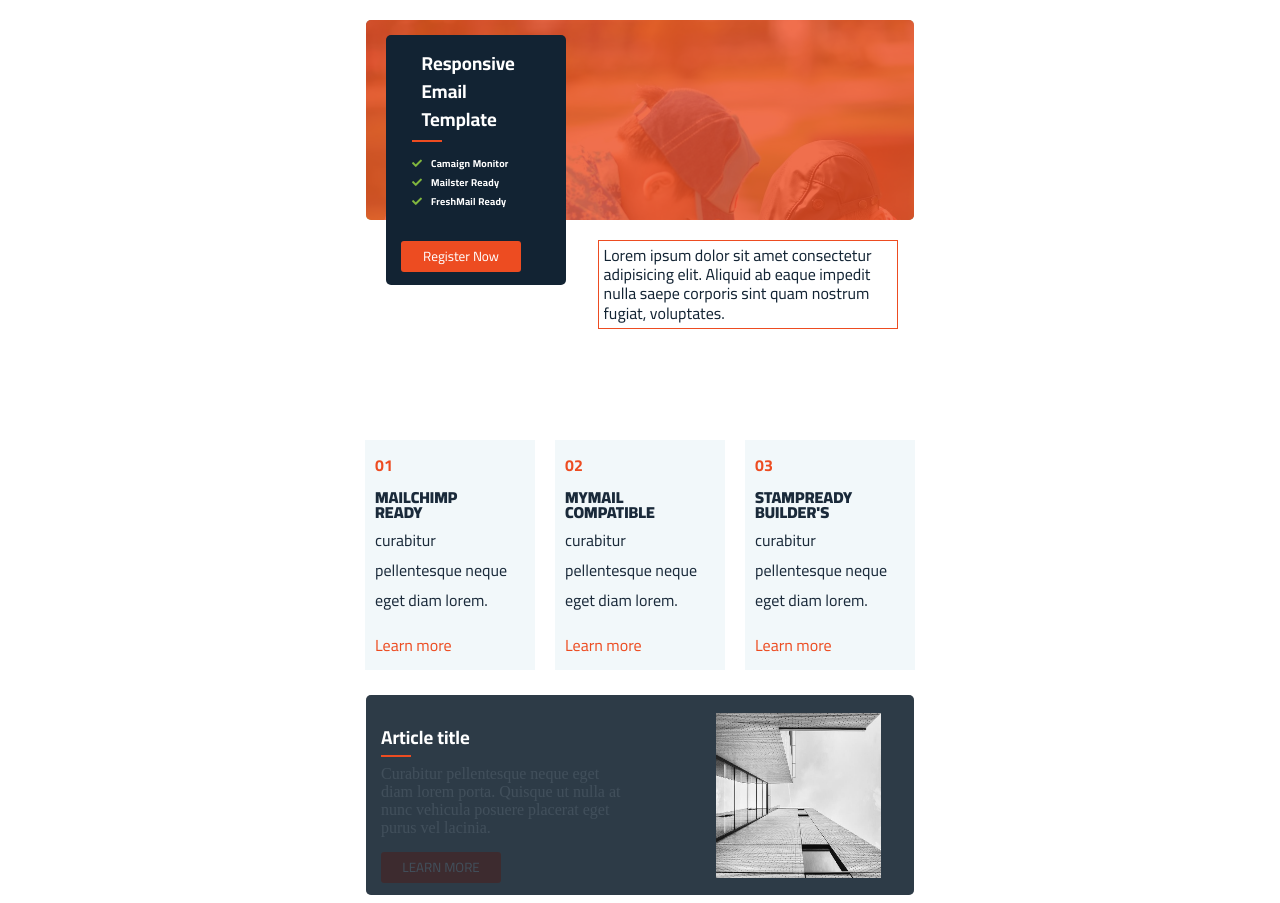
Repository: Z-ayat/Challenges
Page: Challenge 3/index.html
The author's editor kept a copy of each file at every save. The page is drawn from the files as they stood at one save, then again after the next save.
The browser window is 1280 px wide. The pictures show the whole page.
Pictures or frames that could not be fetched are drawn as grey boxes.

Above is the page before, as saved 2021-09-04 03:07:44.

### Challenge 3/index.html
<!DOCTYPE html>
<html lang="en">

<head>
    <meta charset="UTF-8">
    <title>Responsive Mail</title>
    <link rel="stylesheet" href="styling/css/master.css">
    <link rel="stylesheet" href="styling/css/all.min.css">
    <link rel="preconnect" href="https://fonts.googleapis.com">
    <link rel="preconnect" href="https://fonts.gstatic.com" crossorigin>
    <link href="https://fonts.googleapis.com/css2?family=Cairo:wght@400;600;700;900&display=swap" rel="stylesheet">
</head>

<body>
    <div class="layout">
        <div class="header">
            <div class="pop">
                <h3>Responsive Email Template</h3>
                <div class="checked">
                    <p class="green-right">Camaign Monitor</p>
                    <p class="green-right">Mailster Ready</p>
                    <p class="green-right">FreshMail Ready</p>
                </div>
                <button class="reg">Register Now</button>
            </div>
        </div>
        <div class="nthere">
            <div class="bord">
                <p>Lorem ipsum dolor sit amet consectetur adipisicing elit. Aliquid ab eaque impedit nulla saepe corporis sint quam nostrum fugiat, voluptates.</p>
            </div>
        </div>
        <div class="cards">
            <div class="one">
                <h4>01</h4>
                <p class="heading-of-card">mailchimp ready</p>
                <p class="card-shits">curabitur pellentesque neque eget diam lorem.</p>
                <p class="learnmore">Learn more </p>

            </div>
            <div class="two">
                <h4>02</h4>
                <p class="heading-of-card">mymail compatible</p>
                <p class="card-shits">curabitur pellentesque neque eget diam lorem.</p>
                <p class="learnmore">Learn more </p>
            </div>
            <div class="three">
                <h4>03</h4>
                <p class="heading-of-card">stampready builder's</p>
                <p class="card-shits">curabitur pellentesque neque eget diam lorem.</p>
                <p class="learnmore">Learn more </p>
            </div>
        </div>
        <div class="foot">
            <h3>Article title</h3>
            <p class="eot">Curabitur pellentesque neque eget diam lorem porta. Quisque ut nulla at nunc vehicula posuere placerat eget purus vel lacinia.</p>
            <button class="LMB">LEARN MORE</button><img src="styling/img/architecture-modern-minimal-home.jpg" width="165px" height="165px" alt="">
        </div>
    </div>
    </div>
</body>

</html>

### Challenge 3/styling/css/master.css
* {
    padding: 0;
    margin: 0;
    box-sizing: border-box;
}

:root {
    --maincolor: #122333;
    --secondrycolor: #ED4C21;
    --fontcolor: white;
    /* --anothercolor:; */
    --mainfont: 'Cairo', sans-serif;
    --cardsbgc: #F2F8FA;
    --mainrad: 5px;
}

h3 {
    width: 124px;
    font-family: var(--mainfont);
    color: var(--fontcolor);
}

.layout {
    padding: 20px;
    display: grid;
    gap: 10px;
    grid-template-rows: 200px 200px 245px 200px;
    grid-template-columns: 1fr 548px 1fr;
    height: 100vh;
}

.header {
    position: relative;
    grid-column-start: 2;
    width: 100%;
    height: 200px;
    background: url(../img/images-24_1080x.jpg);
    background-repeat: no-repeat;
    background-size: cover;
    border-radius: var(--mainrad);
    -webkit-border-radius: var(--mainrad);
    -moz-border-radius: var(--mainrad);
    -ms-border-radius: var(--mainrad);
    -o-border-radius: var(--mainrad);
}

.header::after {
    height: 100%;
    width: 100%;
    position: absolute;
    left: 0;
    top: 0;
    z-index: 0;
    background-color: var(--secondrycolor);
    content: "";
    opacity: 0.8;
    border-radius: var(--mainrad);
    -webkit-border-radius: var(--mainrad);
    -moz-border-radius: var(--mainrad);
    -ms-border-radius: var(--mainrad);
    -o-border-radius: var(--mainrad);
}

.green-right {
    position: relative;
    margin-left: 30px;
    font-size: 10px;
    font-weight: bold;
    letter-spacing: 0.23px;
    color: var(--fontcolor);
    font-family: var(--mainfont);
}

.checked {
    margin-top: 20px;
    background-color: var(--maincolor);
}

.pop {
    position: absolute;
    left: 20px;
    top: 15px;
    padding-top: 5px;
    padding-left: 15px;
    border-radius: var(--mainrad);
    width: 180px;
    height: 250px;
    background-color: var(--maincolor);
    z-index: 2;
    -webkit-border-radius: var(--mainrad);
    -moz-border-radius: var(--mainrad);
    -ms-border-radius: var(--mainrad);
    -o-border-radius: var(--mainrad);
}

.pop h3 {
    line-height: 1.5;
    position: relative;
    margin: 10px auto;
}

.pop h3::after {
    position: absolute;
    content: "";
    height: 2px;
    width: 30px;
    bottom: -8px;
    left: -10px;
    background-color: var(--secondrycolor);
}

.green-right::before {
    position: absolute;
    top: 4px;
    display: block;
    left: -19px;
    color: #81B73E;
    font-family: "Font Awesome 5 Free";
    font-weight: 900;
    content: "\f00c";
}

.green-right::before {
    display: inline-block;
    font-style: normal;
    font-variant: normal;
    text-rendering: auto;
    -webkit-font-smoothing: antialiased;
}

.reg {
    padding: 3px;
    width: 120px;
    color: var(--fontcolor);
    background-color: var(--secondrycolor);
    outline: none;
    border: none;
    border-radius: 3px;
    margin: 30px 0 20px 0px;
    font-family: var(--mainfont);
    -webkit-border-radius: 3px;
    -moz-border-radius: 3px;
    -ms-border-radius: 3px;
    -o-border-radius: 3px;
}

.nthere {
    grid-column-start: 2;
    grid-row-start: 2;
    position: relative;
}

.bord {
    border: var(--secondrycolor) solid 1px;
    padding: 5px;
    width: 300px;
    position: absolute;
    top: 10px;
    right: 3%;
    font-family: var(--mainfont);
    line-height: 1.2;
    color: var(--maincolor);
}

.cards {
    display: grid;
    gap: 20px;
    grid-template-columns: repeat(3, 170px);
    justify-content: center;
    grid-column-start: 2;
    grid-row-start: 3;
}

.one,
.two,
.three {
    padding: 10px;
    height: max-content;
    background-color: var(--cardsbgc);
}

h4 {
    color: var(--secondrycolor);
    font-family: var(--mainfont);
    margin-bottom: 10px;
}

.heading-of-card {
    margin-bottom: 5px;
    text-transform: uppercase;
    font-weight: 800;
    width: 20px;
    line-height: 0.95;
}

.card-shits {
    margin-bottom: 15px;
    color: #7F7F7F;
    width: 150px;
}

.heading-of-card,
.card-shits {
    color: #1A2A3A;
    font-family: var(--mainfont);
}

.learnmore {
    font-family: var(--mainfont);
    color: var(--secondrycolor);
}

.foot {
    width: 100%;
    position: relative;
    background: url(../img/pexels-suzukii-xingfu-708764.jpg);
    height: 100%;
    background-size: cover;
    background-position: center;
    grid-column-start: 2;
    border-radius: var(--mainrad);
    padding: 15px;
    -webkit-border-radius: var(--mainrad);
    -moz-border-radius: var(--mainrad);
    -ms-border-radius: var(--mainrad);
    -o-border-radius: var(--mainrad);
}

.foot img {
    z-index: 2;
    position: absolute;
    top: 9%;
    right: 6%;
}

.foot p {
    margin-top: 10px;
    color: var(--fontcolor);
    width: 250px;
    z-index: 2;
}

.foot h3 {
    position: relative;
    margin-top: 10px;
    z-index: 2;
}

.foot h3::after {
    position: absolute;
    content: "";
    height: 2px;
    width: 30px;
    bottom: -2px;
    left: 0px;
    background-color: var(--secondrycolor);
}

.LMB {
    padding: 3px;
    width: 120px;
    color: var(--fontcolor);
    background-color: var(--secondrycolor);
    outline: none;
    border: none;
    border-radius: 3px;
    margin: 15px 0 20px 0px;
    z-index: 2;
    font-family: var(--mainfont);
    -webkit-border-radius: 3px;
    -moz-border-radius: 3px;
    -ms-border-radius: 3px;
    -o-border-radius: 3px;
}

.foot::after {
    isolation: isolate;
    z-index: -2;
    height: 100%;
    width: 100%;
    position: absolute;
    left: 0;
    top: 0;
    z-index: 0;
    background-color: var(--maincolor);
    content: "";
    opacity: 0.8;
    border-radius: var(--mainrad);
    -webkit-border-radius: var(--mainrad);
    -moz-border-radius: var(--mainrad);
    -ms-border-radius: var(--mainrad);
    -o-border-radius: var(--mainrad);
}

Loaded but not shown: Challenge 3/styling/css/all.min.css (library)

After the next save:
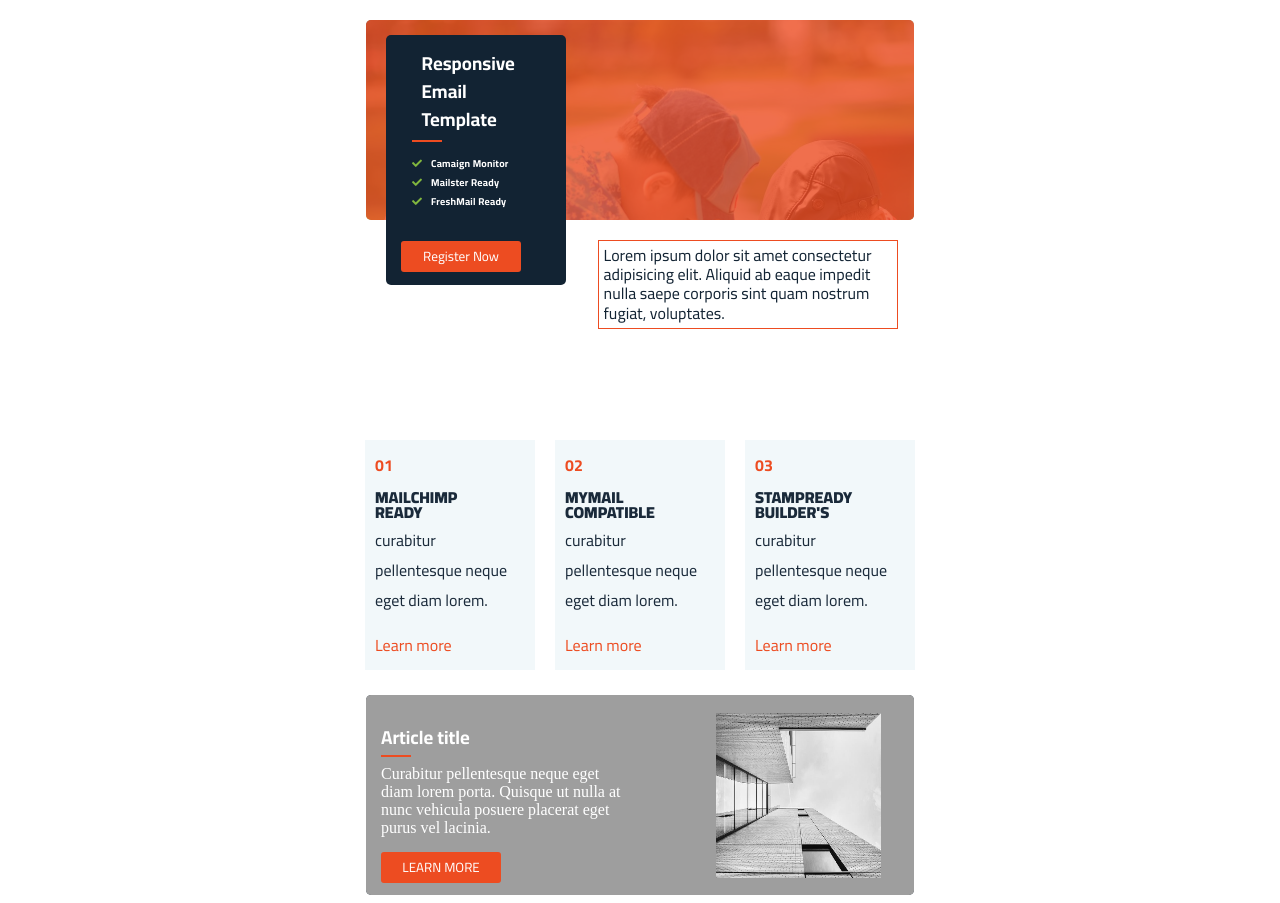
Saved 9 s later.
--- a/Challenge 3/styling/css/master.css
+++ b/Challenge 3/styling/css/master.css
@@ -281,7 +281,6 @@ h4 {
     position: absolute;
     left: 0;
     top: 0;
-    z-index: 0;
     background-color: var(--maincolor);
     content: "";
     opacity: 0.8;

After the save that followed:
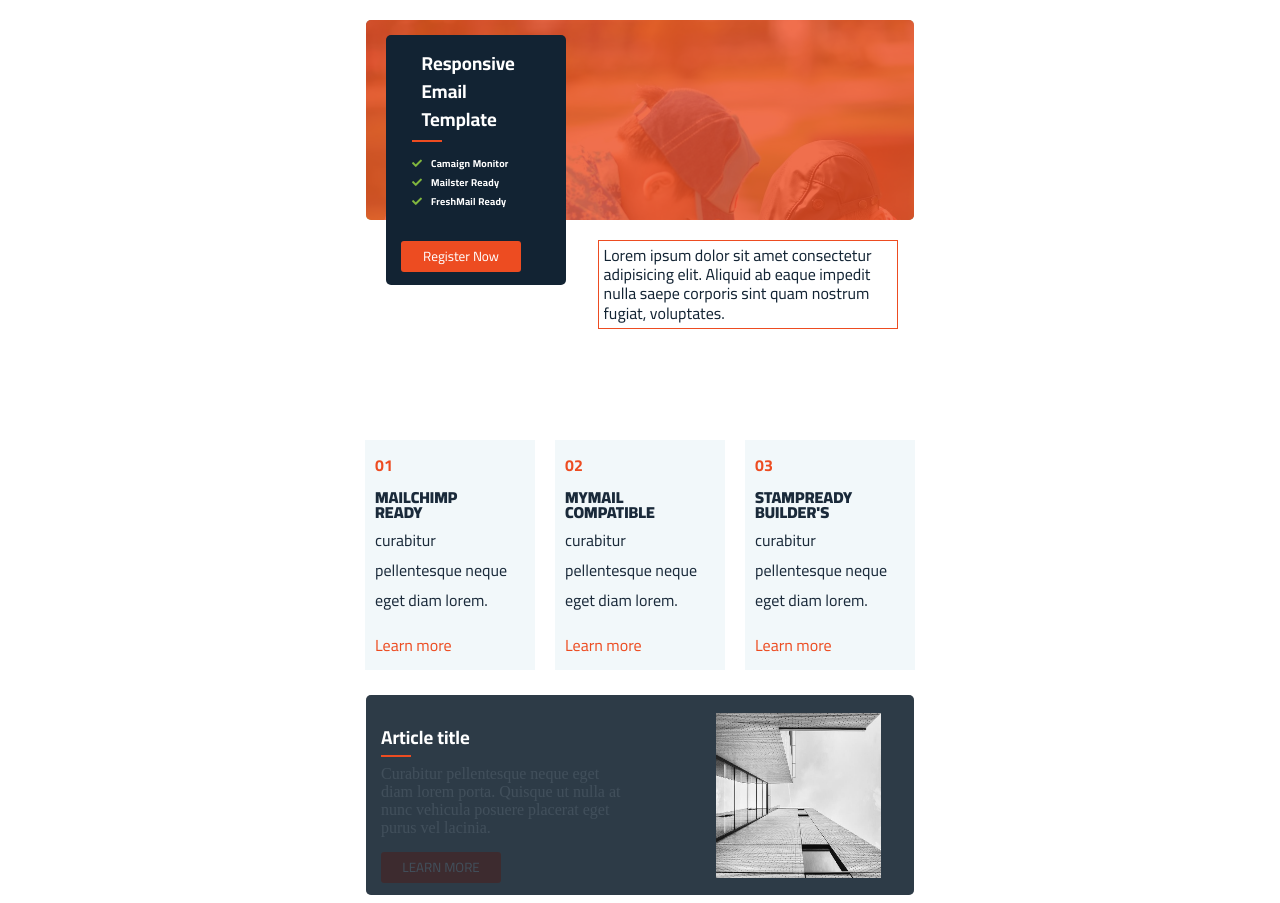
Saved 7 s later.
--- a/Challenge 3/styling/css/master.css
+++ b/Challenge 3/styling/css/master.css
@@ -275,7 +275,7 @@ h4 {
 
 .foot::after {
     isolation: isolate;
-    z-index: -2;
+    z-index: 1;
     height: 100%;
     width: 100%;
     position: absolute;
